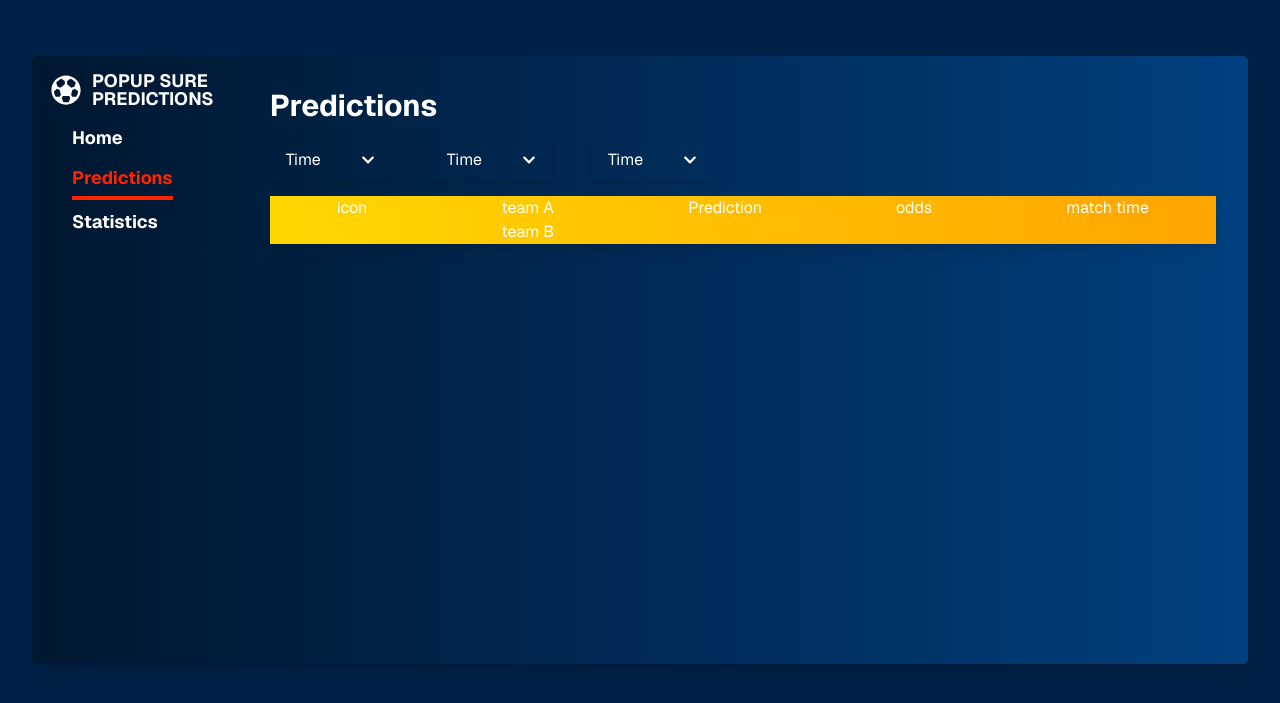
Repository: prototypedave/AlgoFooty
Page: /predictions (app in frontend/algo-footy/)
The author's editor kept a copy of each file at every save. The page is drawn from the files as they stood at one save, then again after the next save.
The browser window is 1280 px wide. The pictures show the whole page.
The project was rebuilt for these pictures with package versions that can differ from the ones it lists, and the page was loaded fresh each time. The framework's server and built-in components were replaced by stand-ins that run in the browser. Also part of the build but not shown: frontend/algo-footy/next.config.ts.

Above is the page before, as saved 2025-11-03 08:03:41.

### frontend/algo-footy/app/predictions/page.tsx
"use client";

import Link from "next/link";
import { IoMdFootball } from "react-icons/io";
import { usePathname } from "next/navigation";
import DropdownButton from "@/components/dropdown";

export default function Predictions() {
    const pathname = usePathname();
    return (
        <div className="relative flex flex-col min-h-screen items-center justify-center bg-oxford-blue font-sans">
            <nav className="absolute inset-x-0 top-0 bottom-0 bg-gradient-to-r from-[#001730] to-[#004080] text-white max-h-full rounded-md mx-8 my-14 shadow-lg flex gap-10 p-4">
                <div className="flex flex-col">
                    <div className="flex gap-2">
                        <IoMdFootball className="text-4xl"/>
                        <p className="text-lg font-bold leading-none">
                            <span className="block">POPUP SURE </span>
                            <span className="block">PREDICTIONS</span>
                        </p>
                    </div>
                    <div className="flex flex-col items-start gap-2 pt-4 pl-6 font-bold text-lg text-white">
                        <Link
                            href="/home"
                            className={`pb-1 ${
                            pathname === "/home"
                                ? "border-b-4 border-black font-bold"
                                : "border-b-0"
                            }`}
                        >
                            Home
                        </Link>
                        <Link href="/predictions"
                            className={`inline-block pb-1 ${
                                pathname === "/predictions"? "border-b-4 border-orange-red font-bold text-orange-red" : "border-b-0 border-orange-red"
                            }`}>Predictions</Link>
                        <Link href={"/statistics"}>Statistics</Link>
                    </div>
                </div>
                <div className="flex flex-col p-4 gap-4 w-full">
                    <h1 className="text-3xl font-bold">Predictions</h1>
                    <div className="flex gap-10 w-full">
                            <DropdownButton />
                            <DropdownButton />
                            <DropdownButton />
                    </div>
                    <div className="flex w-full">
                        <ol className="w-full">
                            <li className="flex bg-gradient-to-r from-[#FFD700] to-[#FFA500] w-full shadow-lg justify-around">
                                <p>icon</p>
                                <div>
                                    <p>team A</p>
                                    <p>team B</p>
                                </div>
                                <p>Prediction</p>
                                <div>odds</div>
                                <div>match time</div>
                            </li>
                        </ol>
                    </div>
                </div>
            </nav>
        </div>
    );
}

### frontend/algo-footy/app/globals.css
@import "tailwindcss";

:root {
  --background: #ffffff;
  --foreground: #171717;
}

@theme inline {
  --color-background: var(--background);
  --color-foreground: var(--foreground);
  --font-sans: var(--font-geist-sans);
  --font-mono: var(--font-geist-mono);
}

@theme {
  --color-oxford-blue: #002147;
  --color-orange-red: #FF2400;
}

@media (prefers-color-scheme: dark) {
  :root {
    --background: #0a0a0a;
    --foreground: #ededed;
  }
}

body {
  background: var(--background);
  color: var(--foreground);
  font-family: Arial, Helvetica, sans-serif;
}

### frontend/algo-footy/components/dropdown.tsx
"use client";
import { useState } from "react";
import { FaChevronDown, FaChevronUp } from "react-icons/fa";

export default function DropdownButton() {
  const [open, setOpen] = useState(false);

  return (
    <div className="relative inline-block text-left">
      {/* Button */}
      <button
        onClick={() => setOpen(!open)}
        className="flex items-center justify-between gap-10 text-white-500 px-4 py-2 shadow-md hover:text-orange-red transition"
      >
        Time
        {open ? (
          <FaChevronUp className="text-sm" />
        ) : (
          <FaChevronDown className="text-sm" />
        )}
      </button>

      {/* Dropdown Menu */}
      {open && (
        <div className="absolute right-0 mt-2 w-48 shadow-lg">
          <ul className="py-1">
            <li>
              <a
                href="#profile"
                className="block px-4 py-2 text-white-300 hover:bg-orange-red"
              >
                Next 1hr
              </a>
            </li>
            <li>
              <a
                href="#settings"
                className="block px-4 py-2 text-white-200 hover:bg-orange-red"
              >
                Next 3hrs
              </a>
            </li>
            <li>
              <a
                href="#logout"
                className="block px-4 py-2 text-white-300 hover:bg-orange-red"
              >
                Next 6hrs
              </a>
            </li>
          </ul>
        </div>
      )}
    </div>
  );
}

Loaded but not shown: frontend/algo-footy/app/layout.tsx (common file)

After the next save:
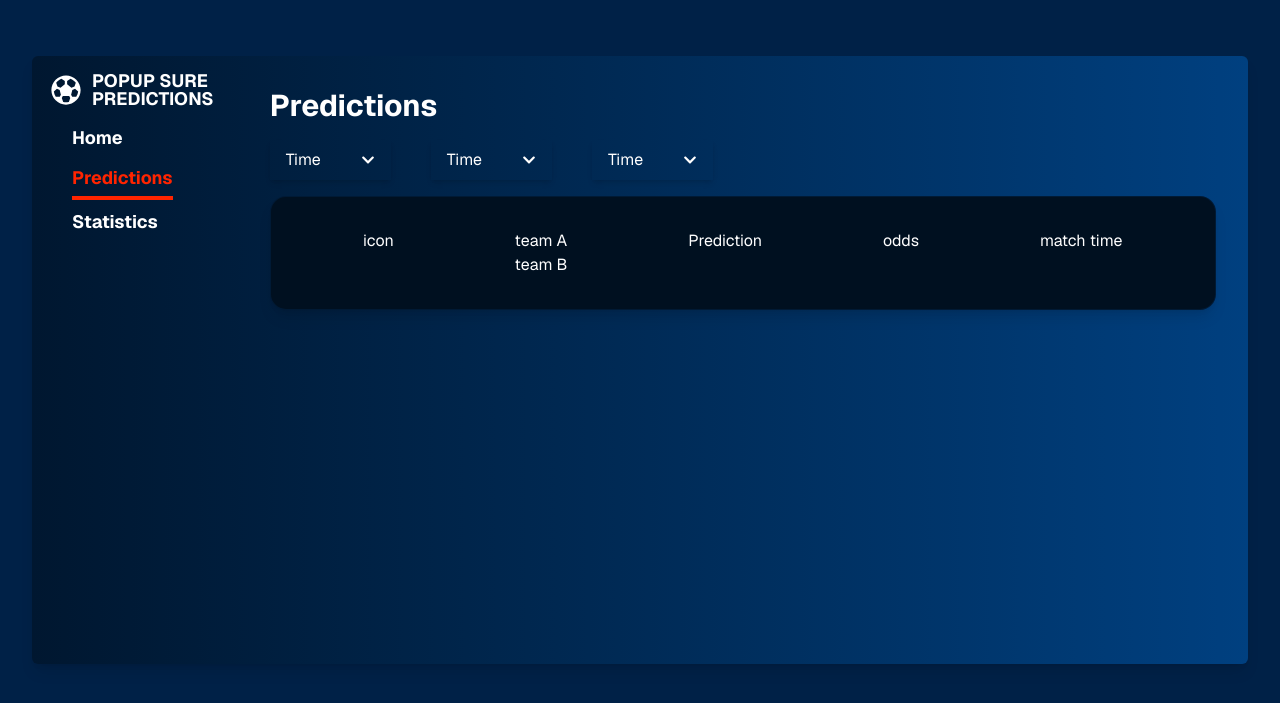
Saved 37 s later.
--- a/frontend/algo-footy/app/predictions/page.tsx
+++ b/frontend/algo-footy/app/predictions/page.tsx
@@ -45,7 +45,7 @@ export default function Predictions() {
                     </div>
                     <div className="flex w-full">
                         <ol className="w-full">
-                            <li className="flex bg-gradient-to-r from-[#FFD700] to-[#FFA500] w-full shadow-lg justify-around">
+                            <li className="flex bg-[#001020] border border-[#003366]/30 rounded-2xl p-8 shadow-inner w-full shadow-lg justify-around">
                                 <p>icon</p>
                                 <div>
                                     <p>team A</p>
